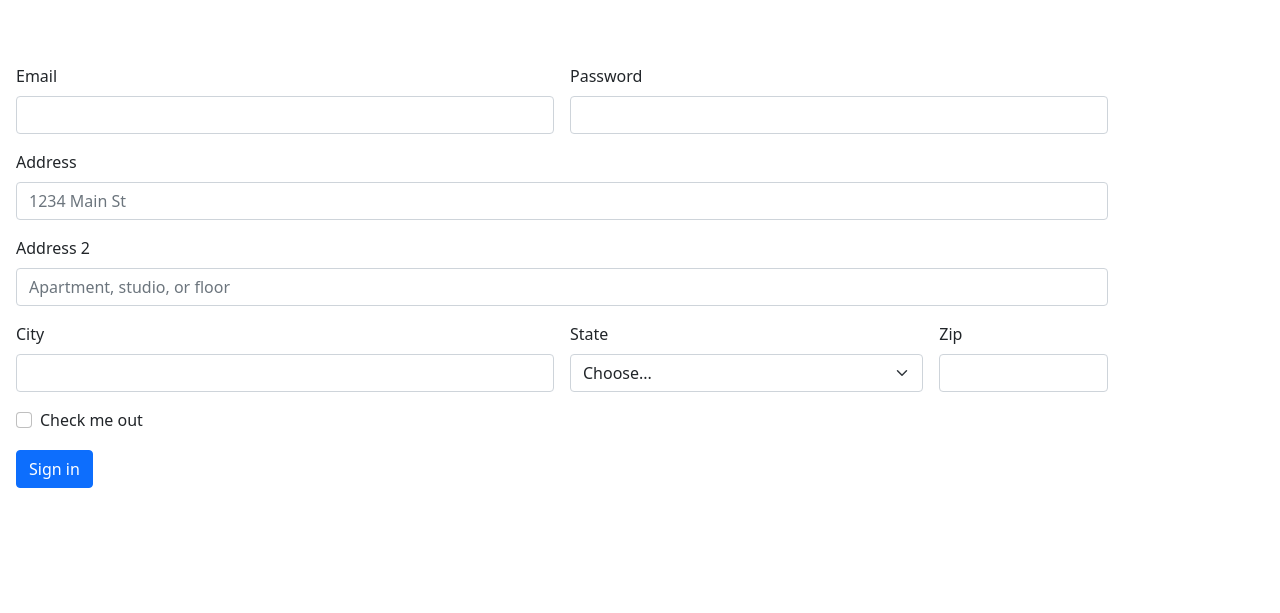
Repository: arbazkhanmadani/Spring-MVC-Work
Page: http://localhost/spring-mvc/WEB-INF/views/complexForm.jsp
An editor plug-in stored every save of this project. The page is shown before and after the next save, followed by the edit.
The browser window is 1280 px wide. The pictures show the whole page.
The page is served by Tomcat 9. Nobody is signed in. The template is opened directly, without the code that normally fills it, so the values that code supplies are empty.

Above is the page before, as saved 2024-07-03 12:06:55.

After the next save:
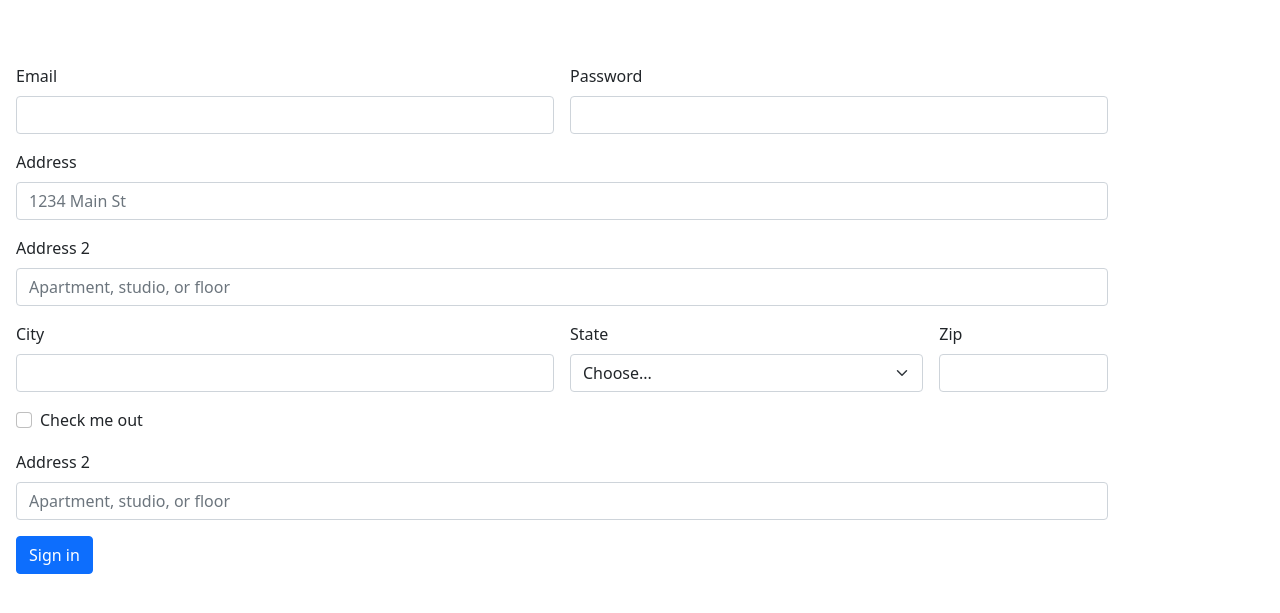
Saved 30 s later.
--- a/spring-mvc/src/main/webapp/WEB-INF/views/complexForm.jsp
+++ b/spring-mvc/src/main/webapp/WEB-INF/views/complexForm.jsp
@@ -54,6 +54,10 @@
       </label>
     </div>
   </div>
+   <div class="col-12">
+    <label for="inputAddress2" class="form-label">Address 2</label>
+    <input type="text" name="addr2" class="form-control" id="inputAddress2" placeholder="Apartment, studio, or floor">
+  </div>
   <div class="col-12">
     <button type="submit" class="btn btn-primary">Sign in</button>
   </div>
